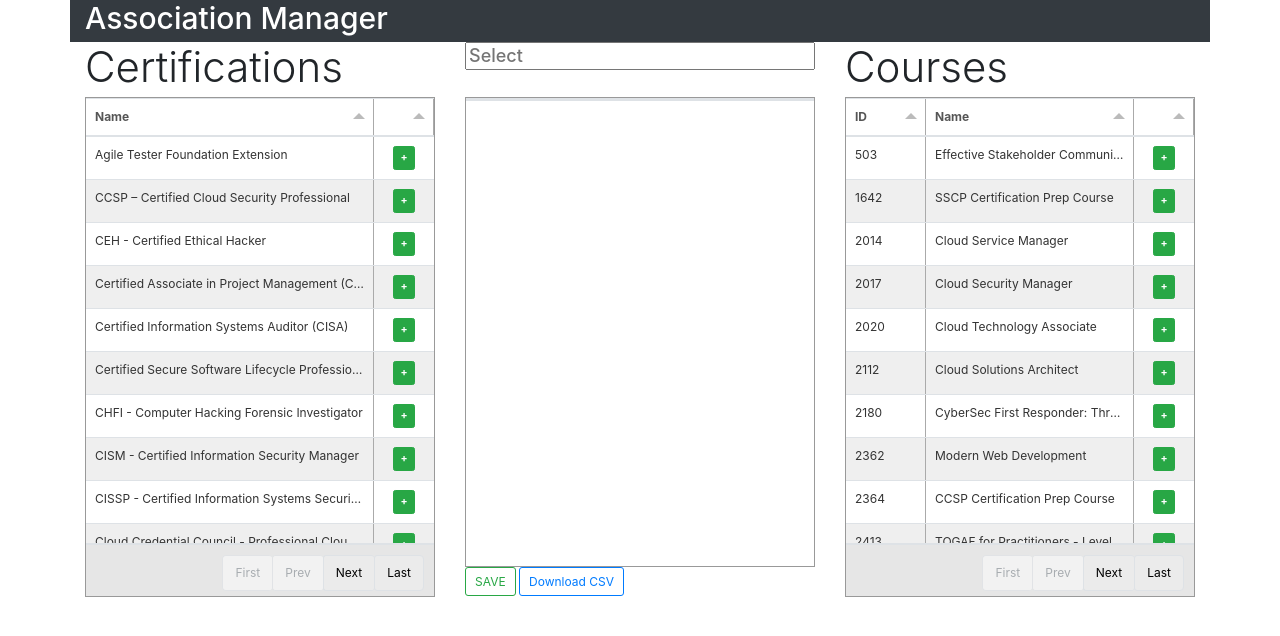
Repository: t1s1/pathfinder2
Page: index.html
The author's editor kept a record of every edit. The page is drawn from the files as they stood at one moment, then again after the next edit.
The browser window is 1280 px wide. The pictures show the whole page.
The page's requests for data from a server got no answer.

Above is the page before.

After the next edit:
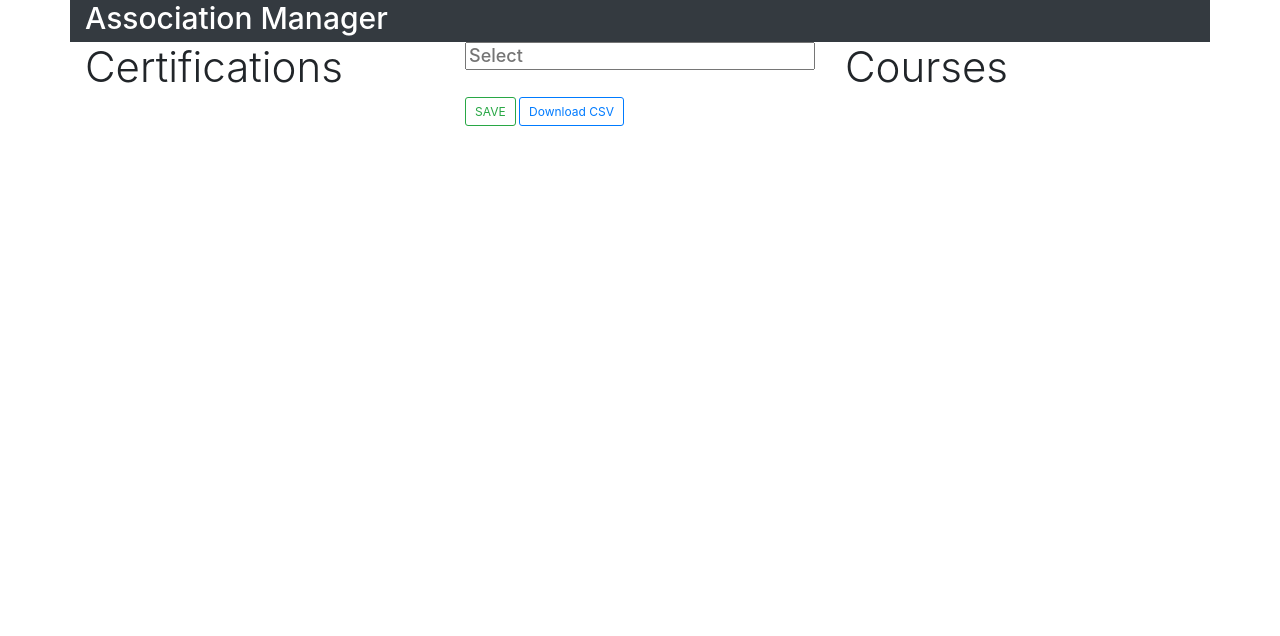
Console error: SyntaxError: Unexpected token '*'
The edit:
--- a/pathfinder.js
+++ b/pathfinder.js
@@ -7,7 +7,7 @@
   $.get( "data/AA_courses.csv", function( data ) { initCourseData( data, "course-table" ) });
   $.get( "data/AA_certs.csv", function( data ) { initCertData( data, "cert-table" ) });
   $.get( "data/AA_assoc.csv", function( data ) { initAssocData( data, "assoc-table" ) });
-  /*$.getJSON("data/assoc.json", function( json ) {
+  $.getJSON("http://34.229.45.11/json.php", function( json ) {
       alert("ok");
   });
   assocTable.setData("./data/assoc_JSON.php");

After the 2 edits that followed:
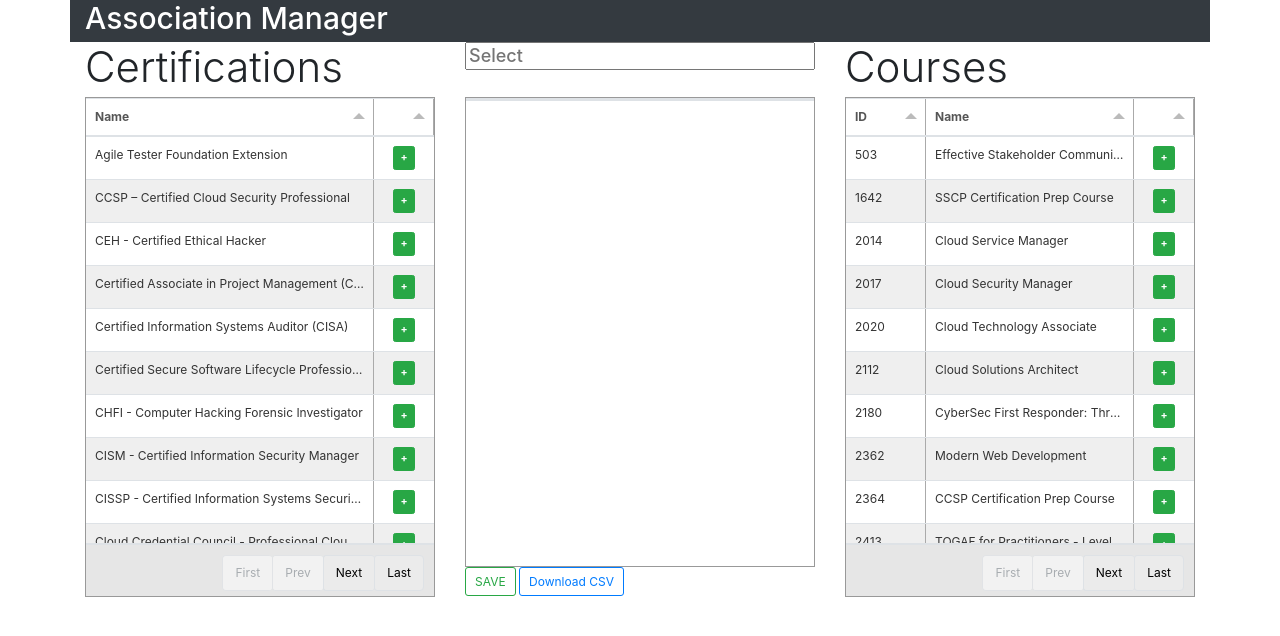
Console error: TypeError: Cannot read properties of undefined (reading 'setData')
The 2 edits are shown as one change because 1 left the picture as it was.
The edit:
--- a/pathfinder.js
+++ b/pathfinder.js
@@ -10,8 +10,9 @@
   $.getJSON("http://34.229.45.11/json.php", function( json ) {
       alert("ok");
   });
-  assocTable.setData("./data/assoc_JSON.php");
-  */
+
+  assocTable.setData("http://34.229.45.11/json.php");
+
 
   $("#download-json").click( function() {
     downloadJSON( assocData_obj.arr );
